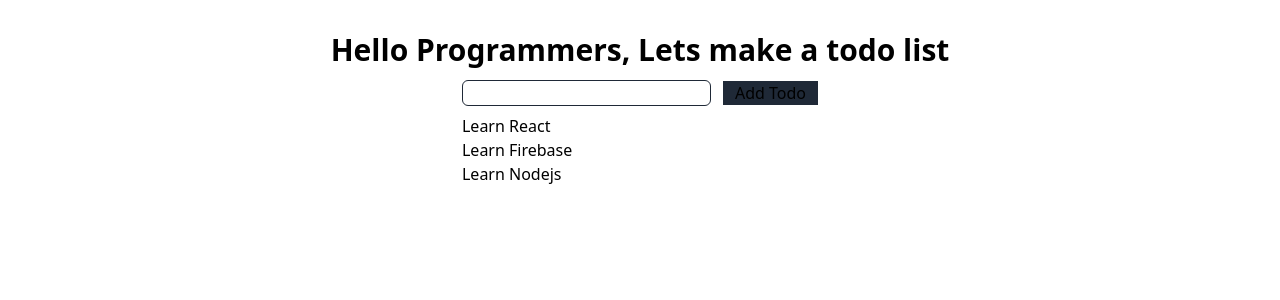
Repository: Shamraiz761/todo_list
Page: /
The author's editor kept a copy of each file at every save. The page is drawn from the files as they stood at one save, then again after the next save.
The browser window is 1280 px wide. The pictures show the whole page.
The project was rebuilt for these pictures with package versions that can differ from the ones it lists, and the page was loaded fresh each time. Also part of the build but not shown: vite.config.js.

Above is the page before, as saved 2024-01-11 22:38:41.

After the next save:
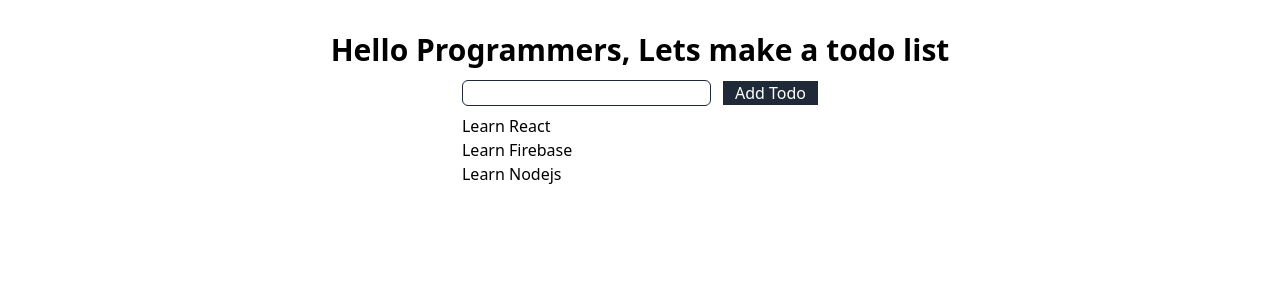
Saved 7 s later.
--- a/src/App.jsx
+++ b/src/App.jsx
@@ -29,7 +29,7 @@ function App() {
                 setInput(e.target.value);
               }}
             />
-            <button className="px-3 bg-gray-800 " onClick={addTodo}>Add Todo</button>
+            <button className="px-3 bg-gray-800 text-white text" onClick={addTodo}>Add Todo</button>
           </form>
           <ul className="mt-2">
             {todo.map((item, index) => {
